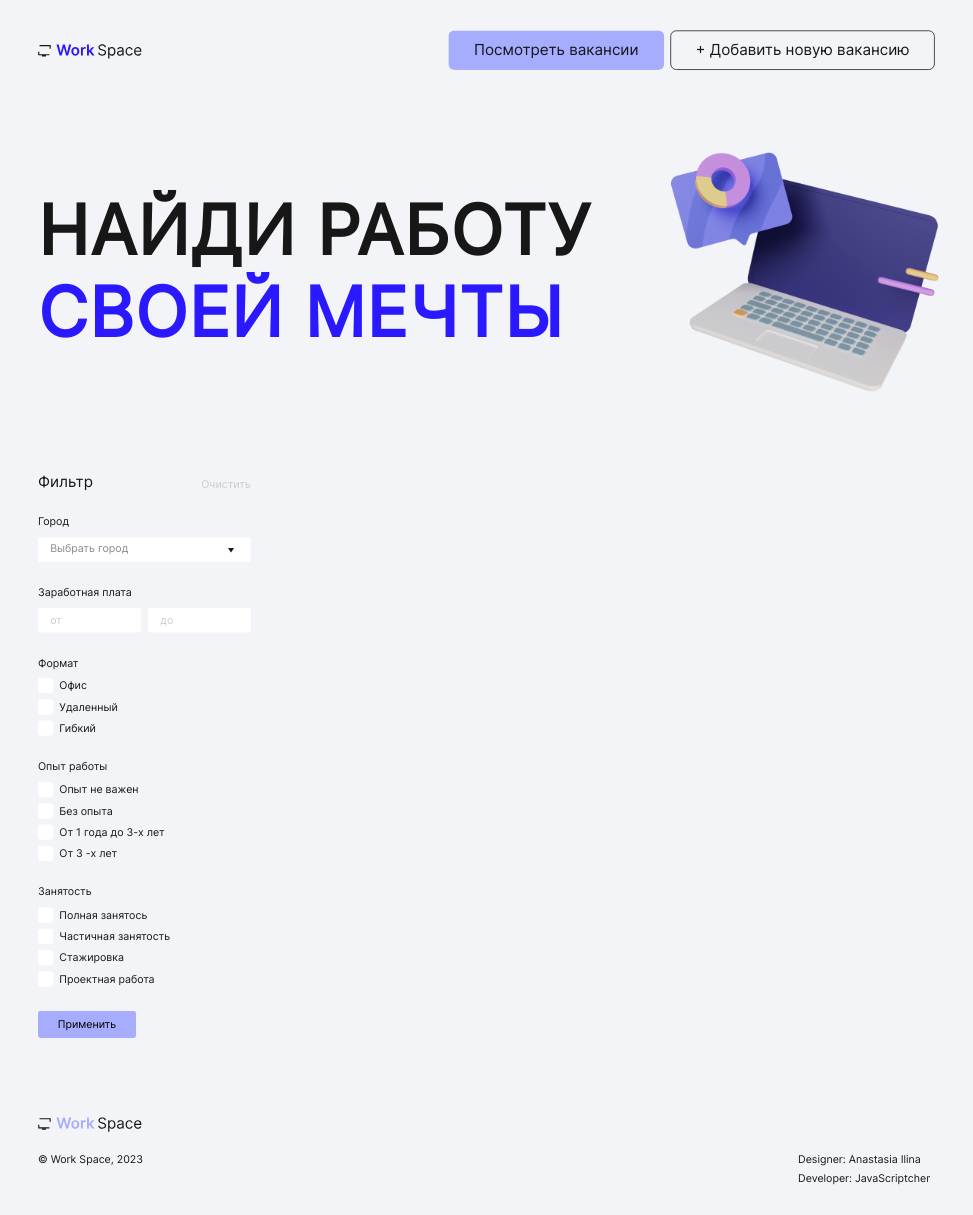
Repository: alexboagreek/workspace_js
Page: index.html
The author's editor kept a copy of each file at every save. The page is drawn from the files as they stood at one save, then again after a run of saves.
The browser window is 1280 px wide. The pictures show the whole page, at 76% of full size.
The page's requests for data from a server got no answer.

Above is the page before, as saved 2023-09-13 07:46:10.

After the next 2 saves:
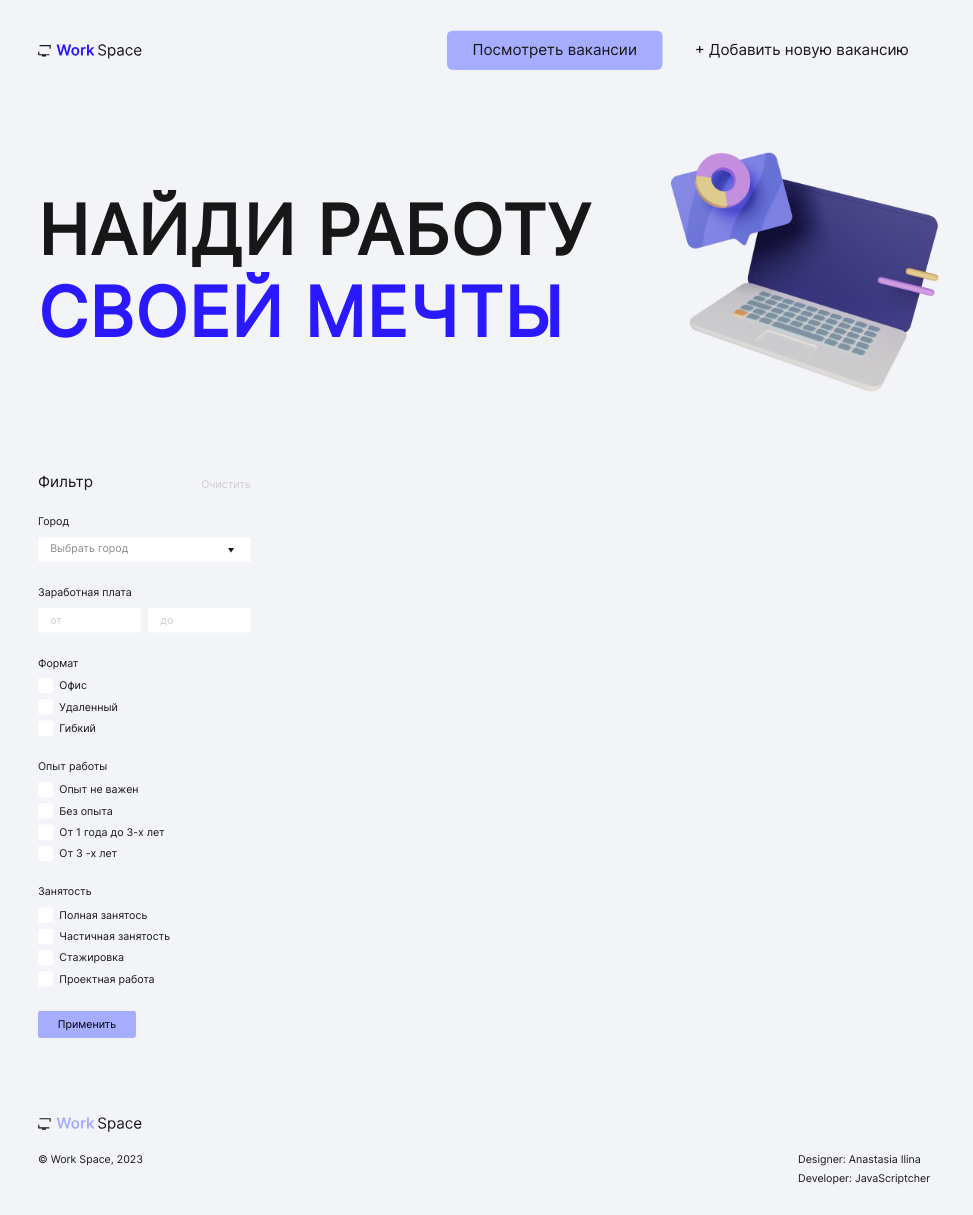
The 2 saves are shown as one change because they came seconds apart.
The last was saved 11 s later.
--- a/style/header.css
+++ b/style/header.css
@@ -27,7 +27,7 @@
 
 .header__link_o {
   background-color: transparent;
-  border: 1px solid;
+  border: 1px solid #;
 }
 
 .header__link:focus-visible {
